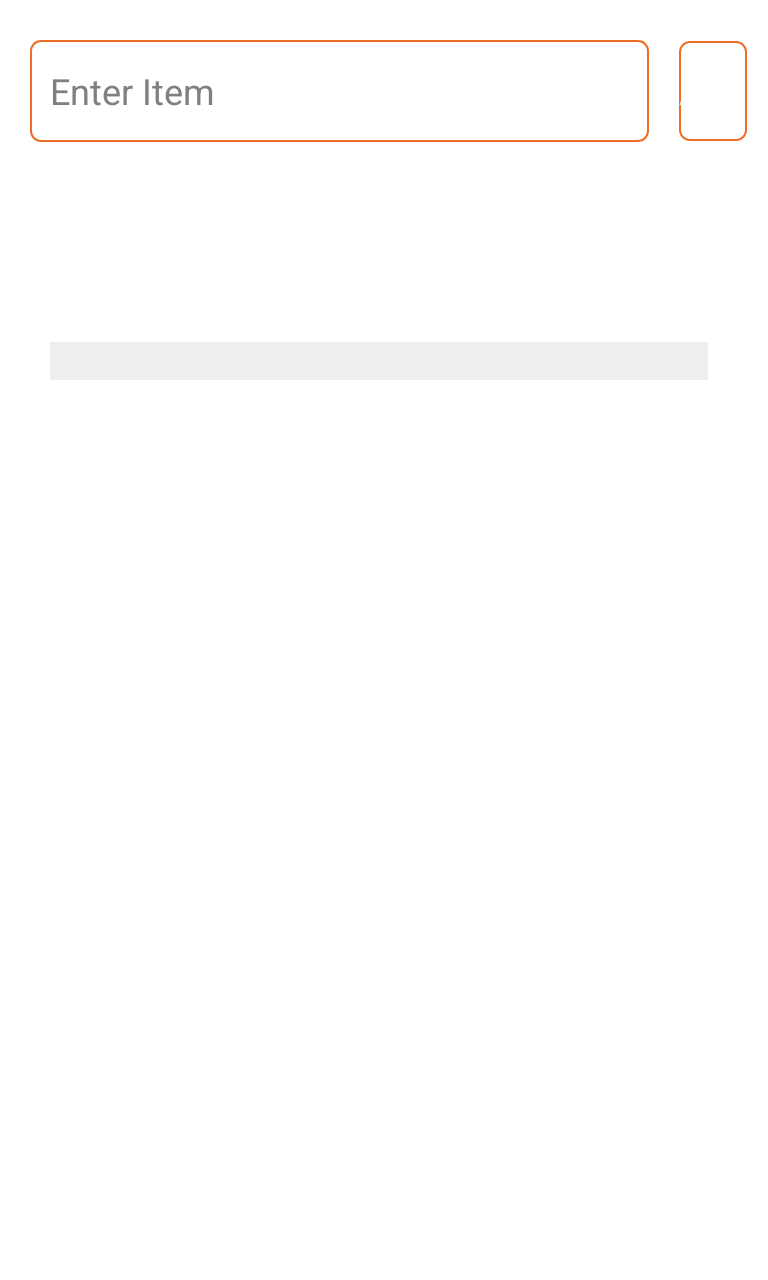
Repository: ianDervan/FYP_ShopSmart
Layout: FYP/ShopSmart/res/layout/activity_shopping_list.xml
An editor plug-in stored every save of this project. The layout is shown before and after the next save, followed by the edit.
It is drawn on a 768 x 1280 px phone screen (xhdpi) without system bars, with theme AppTheme; the app's code is not run.

Above is the layout before, as saved 2015-01-16 20:56:47.

After the next save:
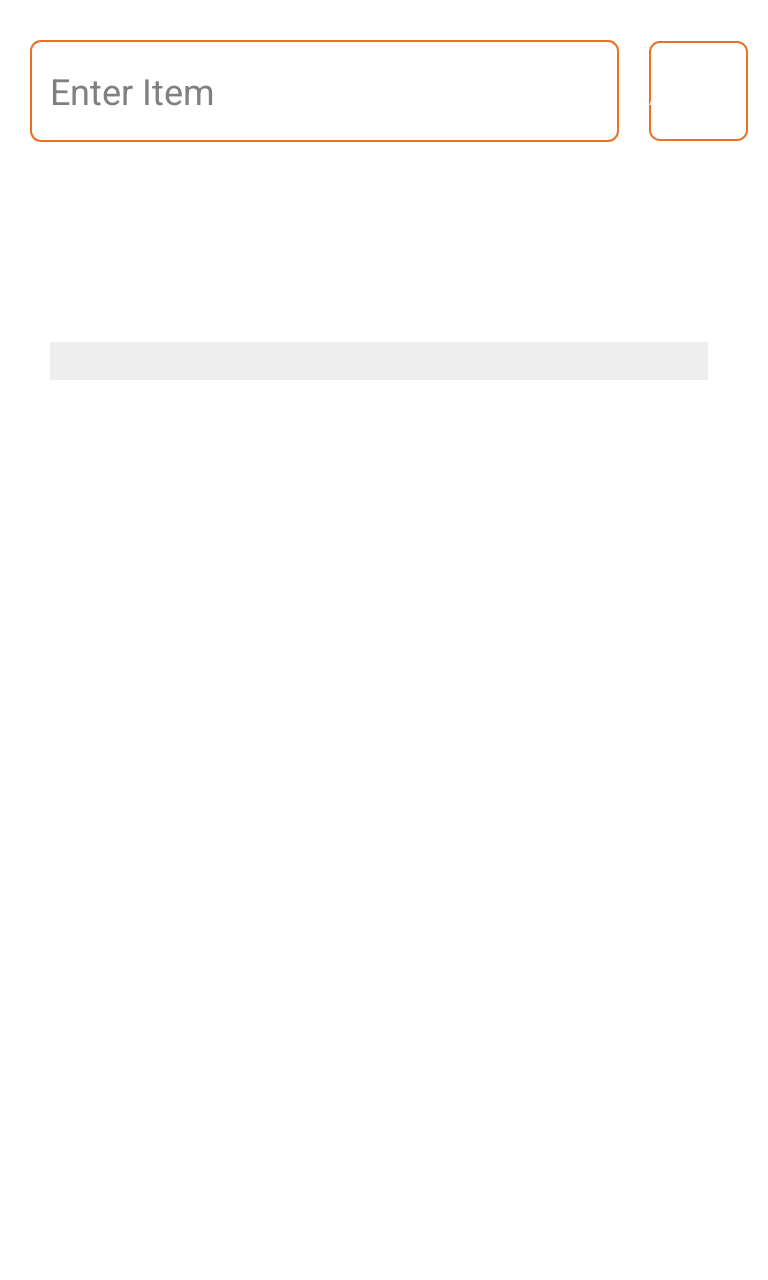
Saved 13 s later.
--- a/FYP/ShopSmart/res/layout/activity_shopping_list.xml
+++ b/FYP/ShopSmart/res/layout/activity_shopping_list.xml
@@ -26,7 +26,7 @@
             android:id="@+id/quantity"
             android:layout_width="0dp"
             android:layout_height="50dp"
-            android:layout_weight="0.1"
+            android:layout_weight="0.15"
             android:layout_marginLeft="15dp"
             android:layout_marginTop="10dp"
             android:background="@drawable/customeditext"
